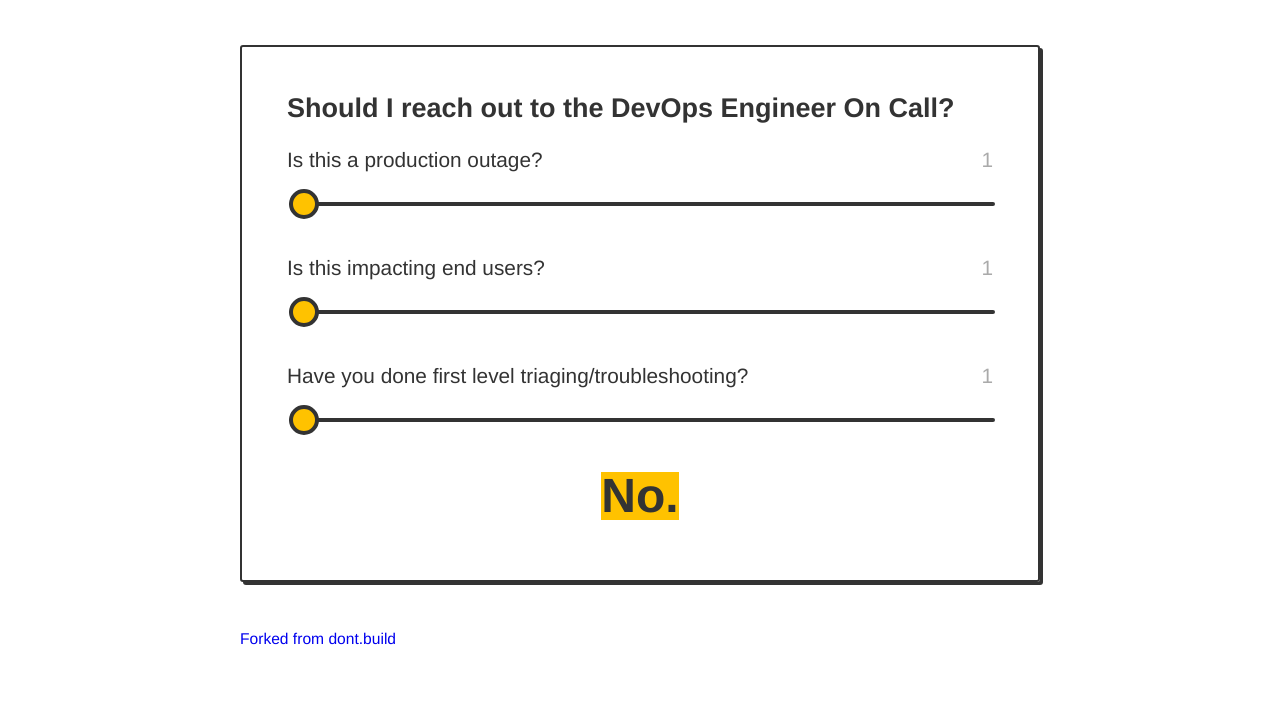
Repository: harishbsrinivas/dont.call
Page: index.html
The author's editor kept a copy of each file at every save. The page is drawn from the files as they stood at one save, then again after the next save.
The browser window is 1280 px wide. The pictures show the whole page.

Above is the page before, as saved 2022-12-04 11:35:28.

After the next save:
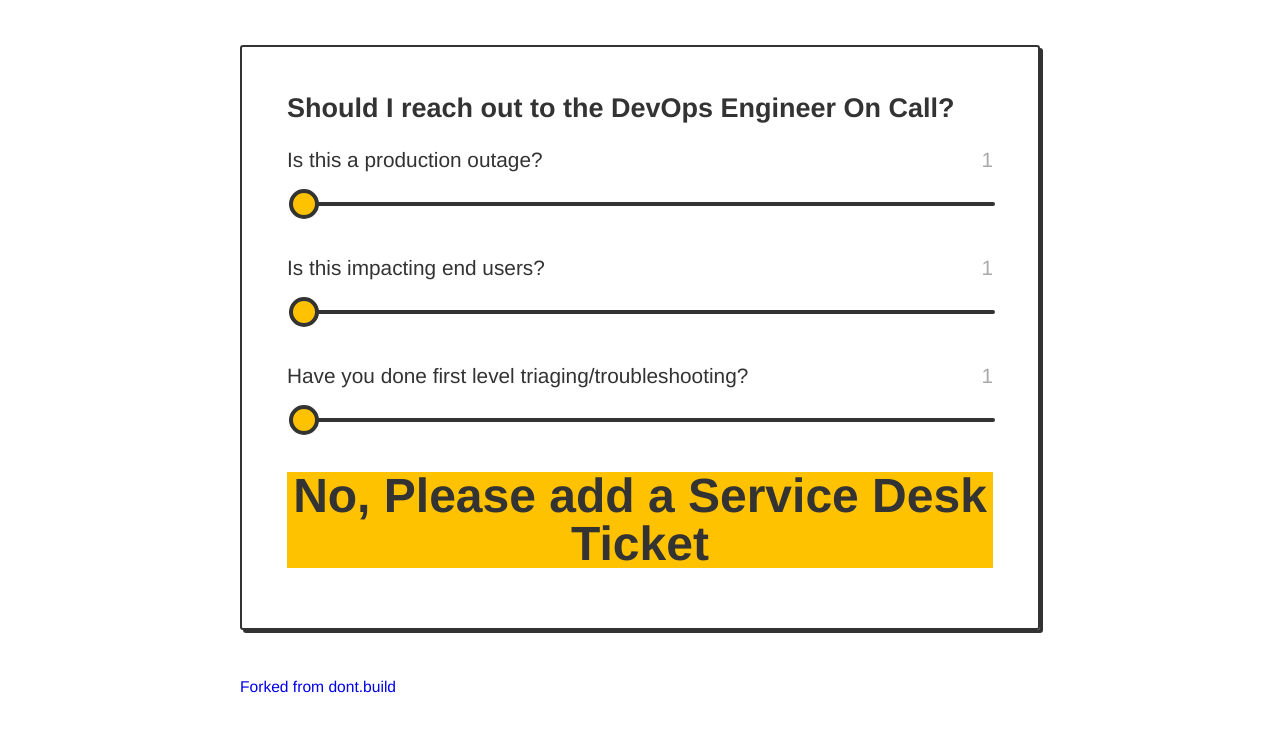
Saved 72 s later.
--- a/index.html
+++ b/index.html
@@ -82,9 +82,9 @@
 
                     let b = 'Yes';
                     if (sum < 0.5 && sum > 0.46) {
-                        b = `No, but a close call.`;
+                        b = `No, Please add a Service Desk Ticket`;
                     } else if (sum < 0.48) {
-                        b = `No.`;
+                        b = `No, Please add a Service Desk Ticket`;
                     } else if (sum > 0.5 && sum < 0.54) {
                         b = `Yes, but a close call.`;
                     } else if (sum === 0.5) {
